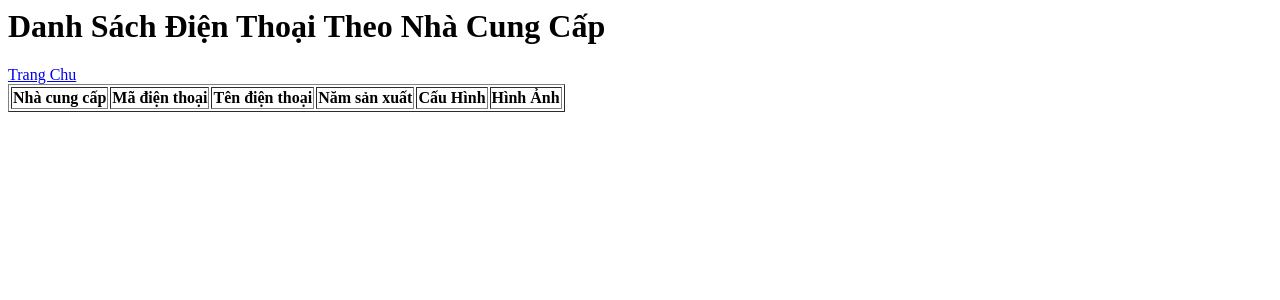
Repository: ducvu2414/WWW_OnGK
Page: http://localhost/Bai1/DanhSachDienThoaiNCC
The author's editor kept a copy of each file at every save. The page is drawn from the files as they stood at one save, then again after the next save.
The browser window is 1280 px wide. The pictures show the whole page.
The page is served by Tomcat 10. Queries for data that is not in the repository find no rows.

Above is the page before, as saved 2024-10-05 05:42:17.

After the next save:
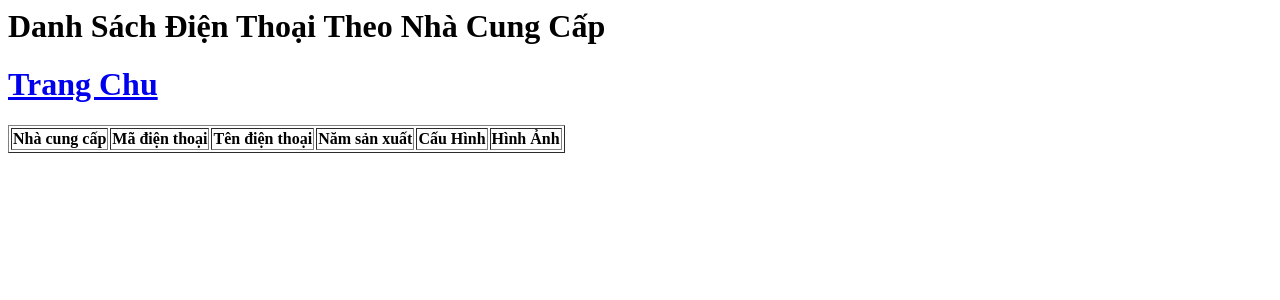
Saved 4 s later.
--- a/Bai1/src/main/webapp/DanhSachDienThoaiNCC.jsp
+++ b/Bai1/src/main/webapp/DanhSachDienThoaiNCC.jsp
@@ -11,7 +11,7 @@
 <body>
 	<h1>Danh Sách Điện Thoại Theo Nhà Cung Cấp</h1>
 
-	<h1></h1><a href="${pageContext.request.contextPath}">Trang Chu</a>
+	<h1><a href="${pageContext.request.contextPath}">Trang Chu</a></h1>
 
 	<table border="1">
 		<thead>
